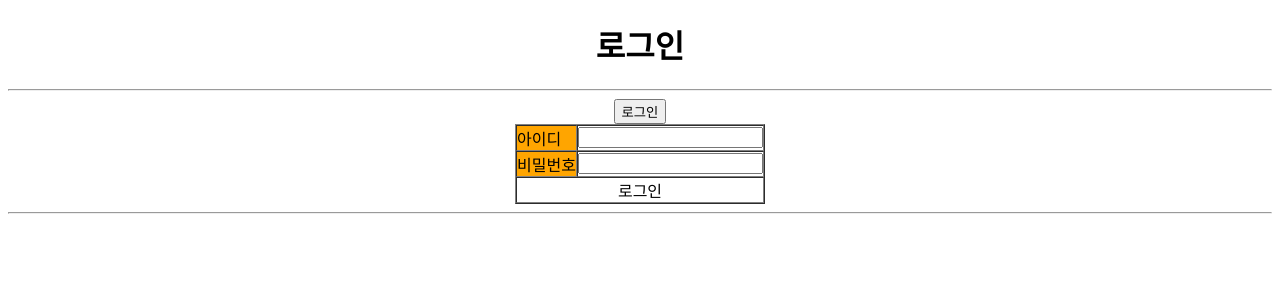
Repository: noopzzya/study_spring_globalin
Page: http://localhost/BoardWeb/login.jsp
These files come from the project's save history. The page is drawn as it stood at one moment and after the next save; the edit follows.
The browser window is 1280 px wide. The pictures show the whole page.
The page is served by Tomcat 9.

Above is the page before, as saved 2023-03-09 01:19:08.

After the next save:
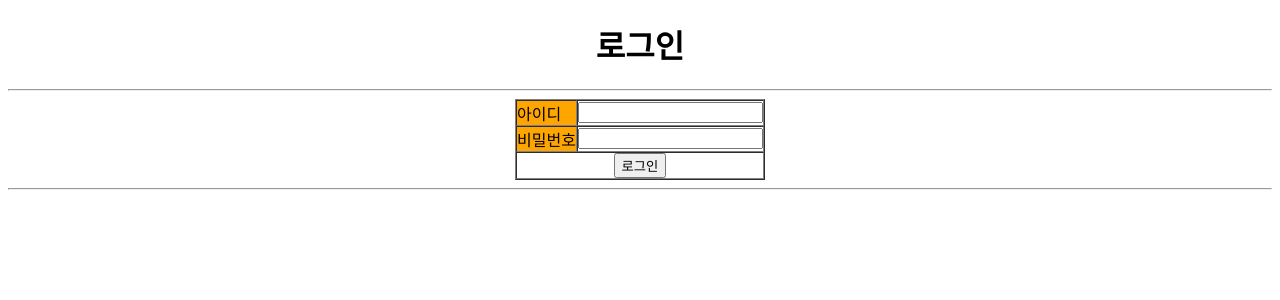
Saved 2 min 5 s later.
--- a/BoardWeb/src/main/webapp/login.jsp
+++ b/BoardWeb/src/main/webapp/login.jsp
@@ -27,8 +27,9 @@
 		</tr>
 
 		<tr>
-			<td colspan="2" align="center">로그인</td>
+			<td colspan="2" align="center">
 			<input type="submit" value="로그인">
+			</td>
 		</tr>
 	</table>
 </form>
